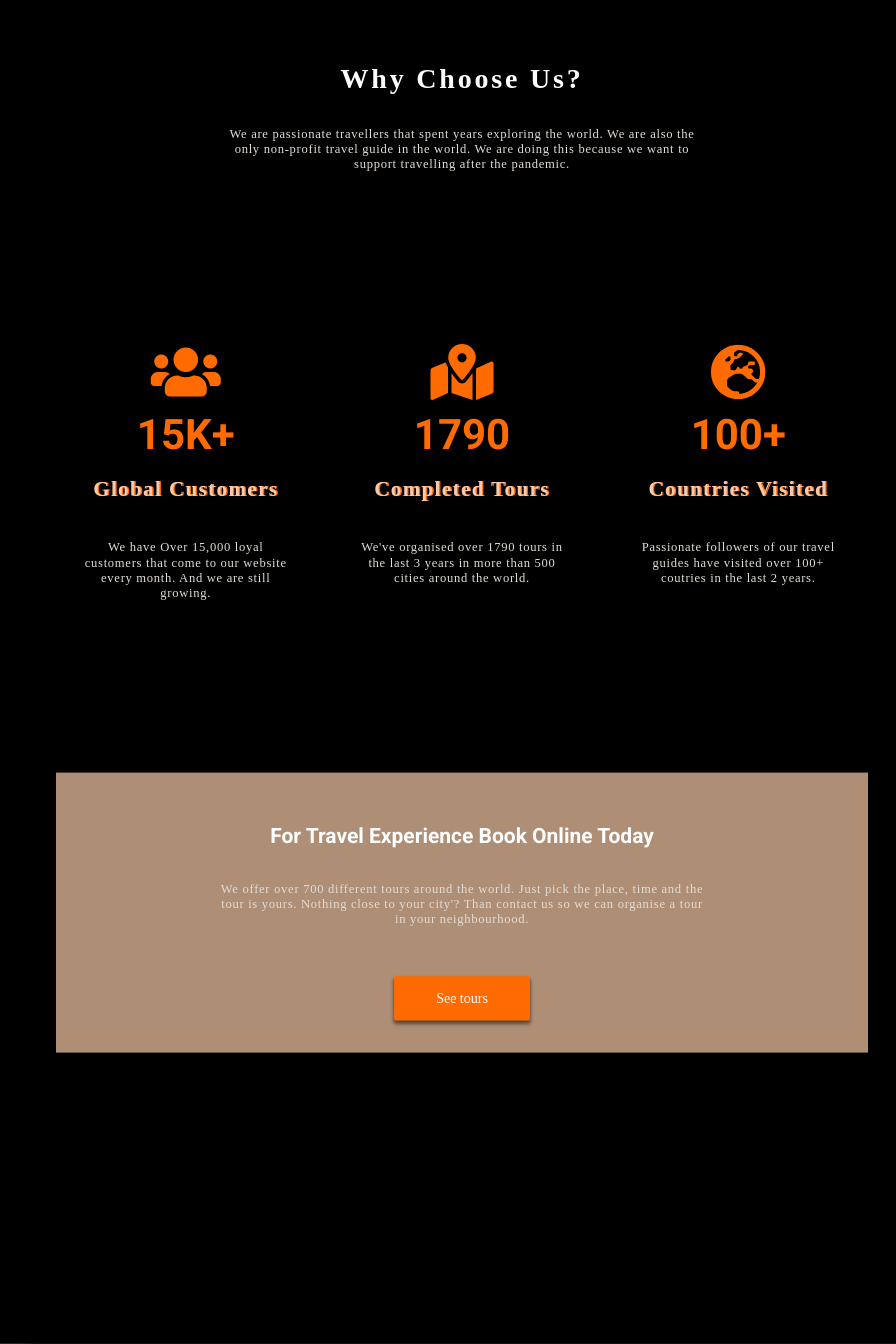
Repository: Hunga9k50doker/wildver-travel
Page: src/index.html
The author's editor kept a copy of each file at every save. The page is drawn from the files as they stood at one save, then again after a run of saves.
The browser window is 1280 px wide. The pictures show the part of the page from y = 4544 to 6464 px (the page is 6464 px tall before and 6074 px after), at 70% of full size.
Some web fonts or font styles are not loaded; a fallback is used. The style sheet was rebuilt from its Sass, Less or Tailwind sources for each picture, by a compiler version that may differ from the author's.

Above is the page before, as saved 2021-08-27 21:42:04.

After the next 3 saves:
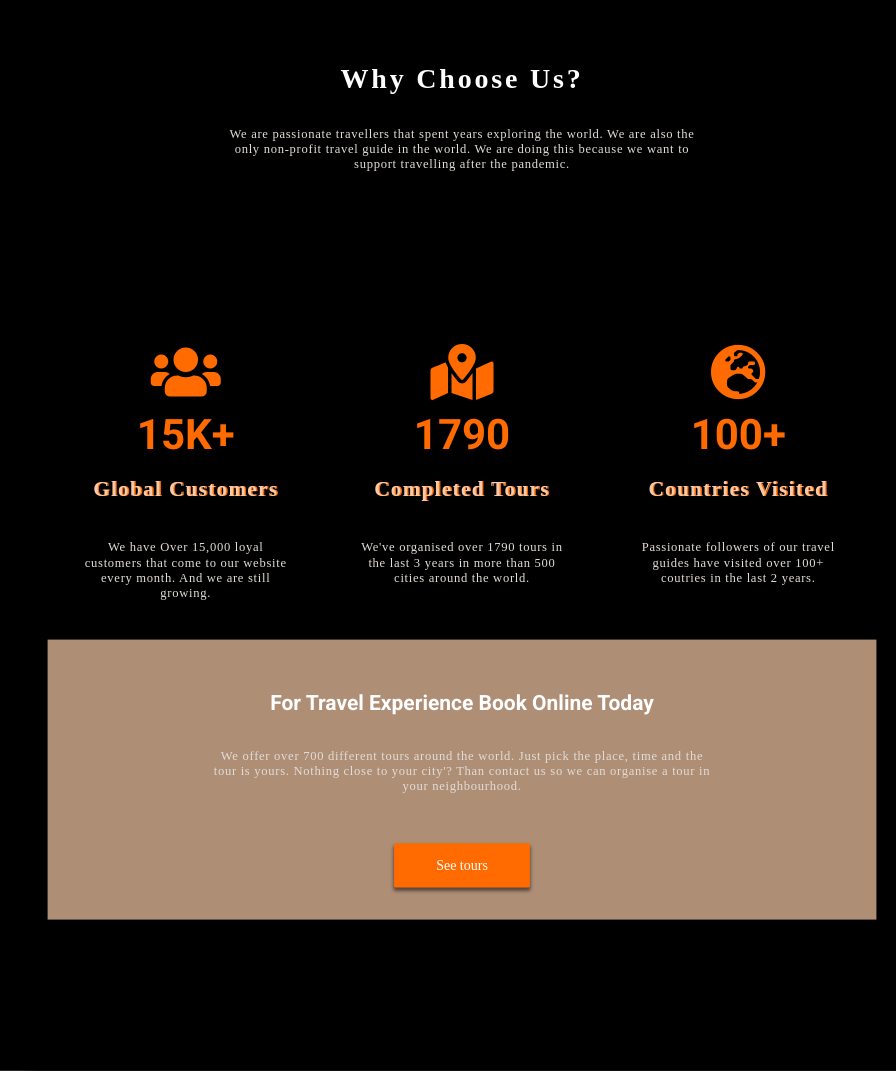
The 3 saves are shown as one change because they came seconds apart.
The last was saved 80 s later.
--- a/src/resources/scss/container.scss
+++ b/src/resources/scss/container.scss
@@ -202,6 +202,10 @@ $mode: cubic-bezier(0.17, 0.67, 0.55, 1.43);
             }
 
             &-visit-tours{
+                position: absolute;
+                top: 50%;
+                left:50%;
+                transform: translate(-50%,-50%);
                 height:40rem;
                 width: 100%;
                 display:flex;
